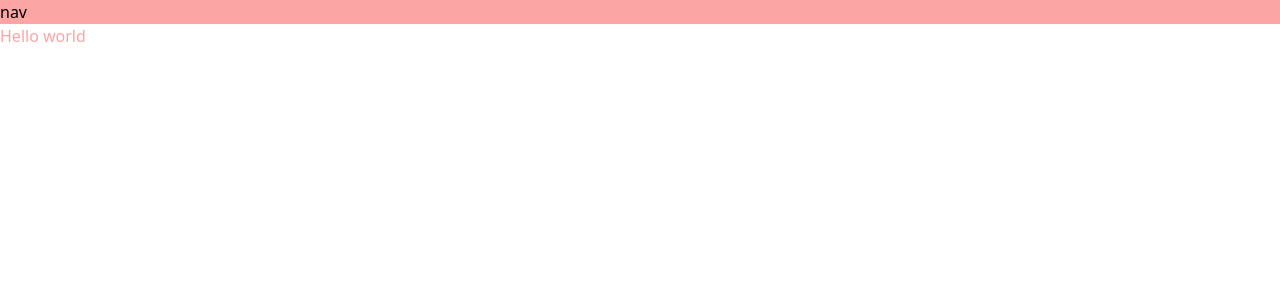
Repository: KounoTaihei/next-prisma
Page: /
These files come from the project's save history. The page is drawn as it stood at one moment and after the next save; the edit follows.
The browser window is 1280 px wide. The pictures show the whole page.
The project was rebuilt for these pictures with package versions that can differ from the ones it lists, and the page was loaded fresh each time. The framework's server and built-in components were replaced by stand-ins that run in the browser. Also part of the build but not shown: next.config.js.

Above is the page before, as saved 2021-08-29 13:13:20.

### pages/_app.tsx
import 'tailwindcss/tailwind.css'
import type { AppProps } from 'next/app'
import Layout from '../components/layout'

function MyApp({ Component, pageProps }: AppProps) {
  return (
    <Layout>
      <Component {...pageProps} />
    </Layout>
  )
}
export default MyApp

### pages/index.tsx
import type { NextPage } from 'next'
import Head from 'next/head'

const Home: NextPage = () => {
  return (
    <div>
      <Head>
        <title>Create Next App</title>
        <meta name="description" content="Generated by create next app" />
        <link rel="icon" href="/favicon.ico" />
      </Head>
      <h1 className="text-red-300">Hello world</h1>
    </div>
  )
}

export default Home

### components/layout.tsx
import { ReactChild } from "react";
import Header from "./header";

const Layout = ({ children }: Props) => {
    return (
        <>
            <Header />
            <main>{children}</main>
        </>
    )
}

interface Props {
    children: ReactChild
}

export default Layout;

### components/header.tsx
const Header = () => {
    return (
        <header className="bg-red-300">
            <nav>
                nav
            </nav>
        </header>
    )
}

export default Header;

After the next save:
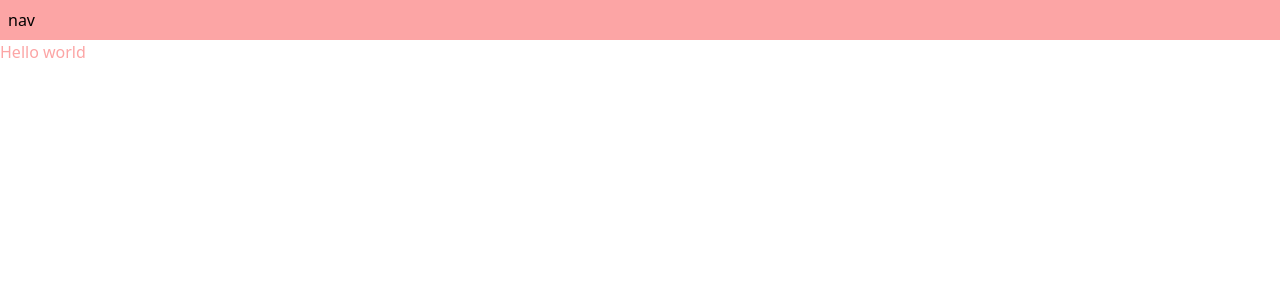
Saved 22 s later.
--- a/components/header.tsx
+++ b/components/header.tsx
@@ -1,6 +1,6 @@
 const Header = () => {
     return (
-        <header className="bg-red-300">
+        <header className="p-2 bg-red-300">
             <nav>
                 nav
             </nav>
